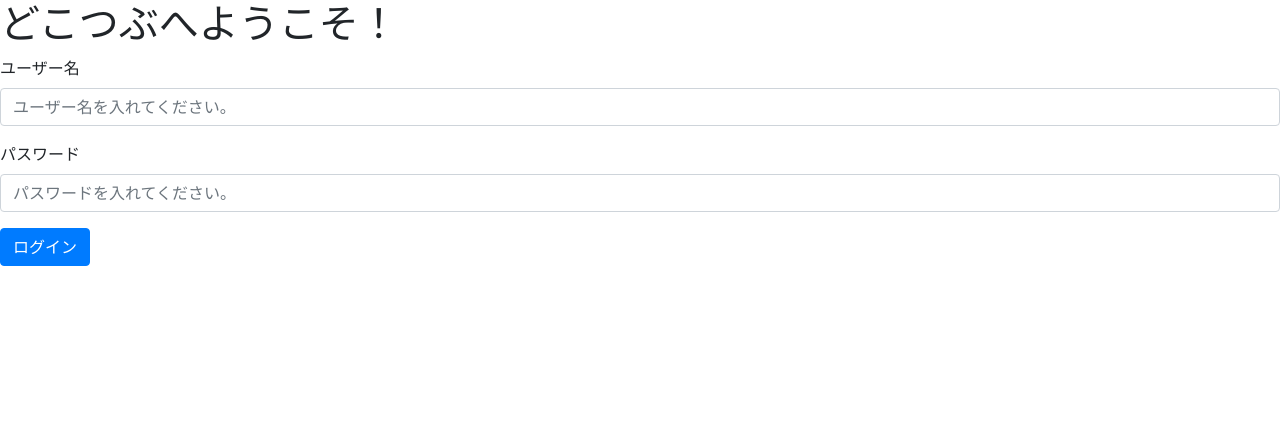
Repository: lunalice/01_START
Page: http://localhost/hello_world_now/
The author's editor kept a copy of each file at every save. The page is drawn from the files as they stood at one save, then again after the next save.
The browser window is 1280 px wide. The pictures show the whole page.
The page is served by Tomcat 9. Other server files are loaded and not shown.

Above is the page before, as saved 2018-02-07 05:42:15.
Console error: TypeError: Cannot read properties of undefined (reading 'fn')

### eclipse-workspace/hello_world_now/WebContent/index.jsp
<%@ page language="java" contentType="text/html; charset=UTF-8"
	pageEncoding="UTF-8"%>
<!DOCTYPE html>
<html>
<head>
<meta http-equiv="Content-Type" content="text/html; charset=UTF-8">
<link rel="stylesheet"
	href="https://maxcdn.bootstrapcdn.com/bootstrap/4.0.0/css/bootstrap.min.css"
	integrity="sha384-Gn5384xqQ1aoWXA+058RXPxPg6fy4IWvTNh0E263XmFcJlSAwiGgFAW/dAiS6JXm"
	crossorigin="anonymous">
<script
	src="https://maxcdn.bootstrapcdn.com/bootstrap/4.0.0/js/bootstrap.min.js"
	integrity="sha384-JZR6Spejh4U02d8jOt6vLEHfe/JQGiRRSQQxSfFWpi1MquVdAyjUar5+76PVCmYl"
	crossorigin="anonymous"></script>
<title>どこつぶ</title>
</head>
<body>
	<h1>どこつぶへようこそ！</h1>
	<form action="/hello_world_now/Login" method="post">
		<div class="form-group">
			<label for="InputEmail">ユーザー名</label>
			<input type="text" class="form-control" name="name" placeholder="ユーザー名を入れてください。">
		</div>
		<div class="form-group">
			<label for="InputEmail">パスワード</label>
			<input type="text" class="form-control" name="pass" placeholder="パスワードを入れてください。">
		</div>
		<input class="btn btn-primary" type="submit" value="ログイン">
	</form>
</body>
</html>

After the next save:
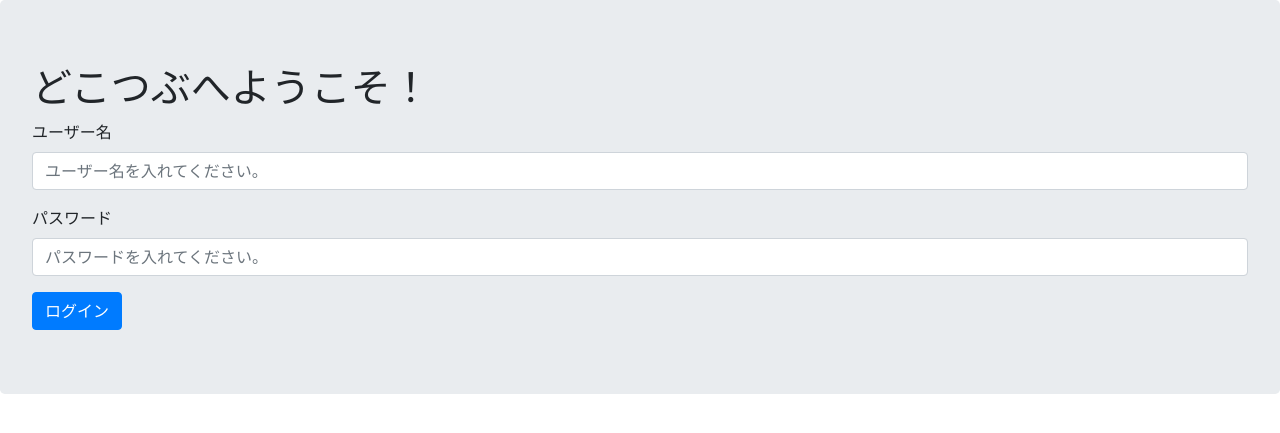
Saved 4 min 30 s later.
--- a/eclipse-workspace/hello_world_now/WebContent/index.jsp
+++ b/eclipse-workspace/hello_world_now/WebContent/index.jsp
@@ -15,6 +15,7 @@
 <title>どこつぶ</title>
 </head>
 <body>
+	<div class="jumbotron">
 	<h1>どこつぶへようこそ！</h1>
 	<form action="/hello_world_now/Login" method="post">
 		<div class="form-group">
@@ -27,5 +28,6 @@
 		</div>
 		<input class="btn btn-primary" type="submit" value="ログイン">
 	</form>
+	</div>
 </body>
 </html>
